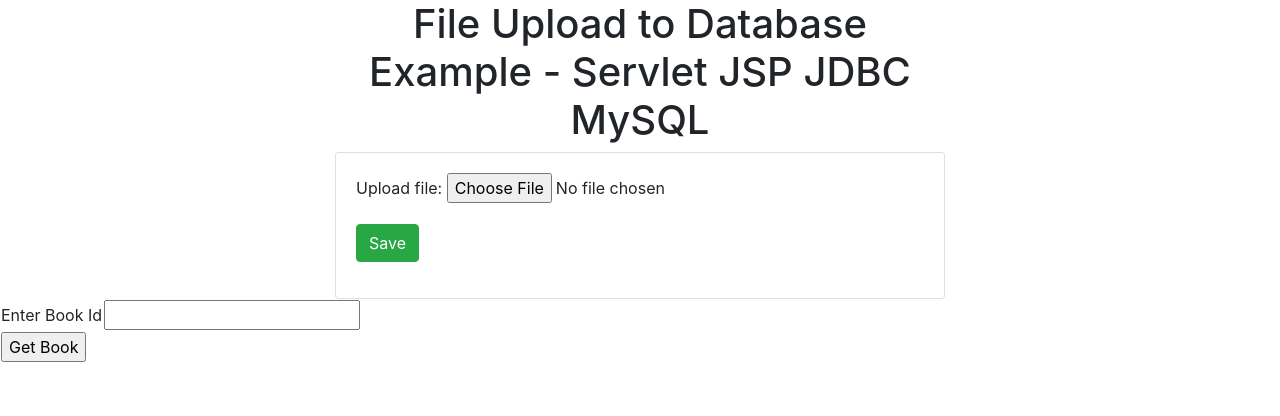
Repository: aishwaryan14/JavaProject
Page: http://localhost/StudentBuddy/
These files come from the project's save history. The page is drawn as it stood at one moment and after the next save; the edit follows.
The browser window is 1280 px wide. The pictures show the whole page.
The page is served by Tomcat 9. Queries for data that is not in the repository find no rows.

Above is the page before, as saved 2020-04-24 17:45:03.

After the next save:
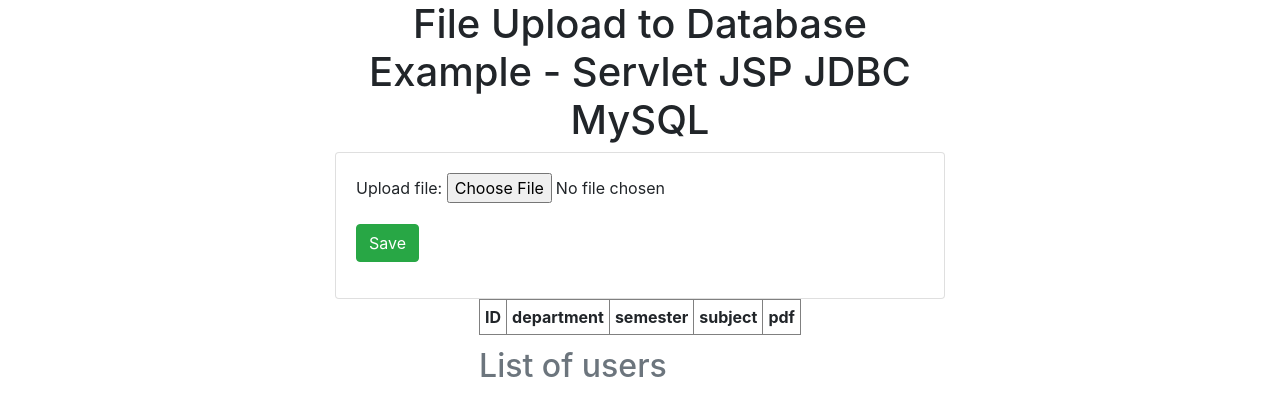
Saved 19 min 17 s later.
--- a/FinalJava/StudentBuddy/WebContent/index.jsp
+++ b/FinalJava/StudentBuddy/WebContent/index.jsp
@@ -1,5 +1,7 @@
-<%@ page language="java" contentType="text/html; charset=ISO-8859-1"
- pageEncoding="ISO-8859-1"%>
+<%@ page language="java" contentType="text/html; charset=UTF-8"
+    pageEncoding="UTF-8"%>
+<%@ taglib uri="http://java.sun.com/jsp/jstl/core" prefix="c" %>
+<%@ taglib uri="http://java.sun.com/jsp/jstl/sql" prefix="sql" %>
 <!DOCTYPE html PUBLIC "-//W3C//DTD HTML 4.01 Transitional//EN"
     "http://www.w3.org/TR/html4/loose.dtd">
 <html>
@@ -32,18 +34,39 @@
 
 
 
-<form  method="get" action="FileReadPdf">
-    <table>
-    <tr>
-    <td>Enter Book Id</td>
-    <td>
-    <input type="text" name="bookId" />
-    </td>
-    </tr>
-    <tr>
-    <td colspan="2">  <input  type="submit"  value="Get Book" /></td></tr>
-    </table>
-</form>
+ <sql:setDataSource
+        var="myDS"
+        driver="com.mysql.jdbc.Driver"
+        url="jdbc:mysql://localhost:3306/java_demo"
+        user="root" password="root"
+    />
+
+    <sql:query var="listUsers"   dataSource="${myDS}">
+        SELECT * FROM final;
+    </sql:query>
+
+    <div align="center">
+        <table border="1" cellpadding="5">
+            <caption><h2>List of users</h2></caption>
+            <tr>
+                <th>ID</th>
+                <th>department</th>
+                <th>semester</th>
+                <th>subject</th>
+                <th>pdf</th>
+
+            </tr>
+            <c:forEach var="user" items="${listUsers.rows}">
+                <tr>
+                    <td><c:out value="${user.id}" /></td>
+                    <td><c:out value="${user.department}" /></td>
+                    <td><c:out value="${user.semester}" /></td>
+                    <td><c:out value="${user.subject}" /></td>
+                    <td><form action="FileReadPdf"> <input type="hidden" name="bookId" value="${user.id}" /><input type="submit" value = "download"></form></td>
+                </tr>
+            </c:forEach>
+        </table>
+    </div>
 
 
 
